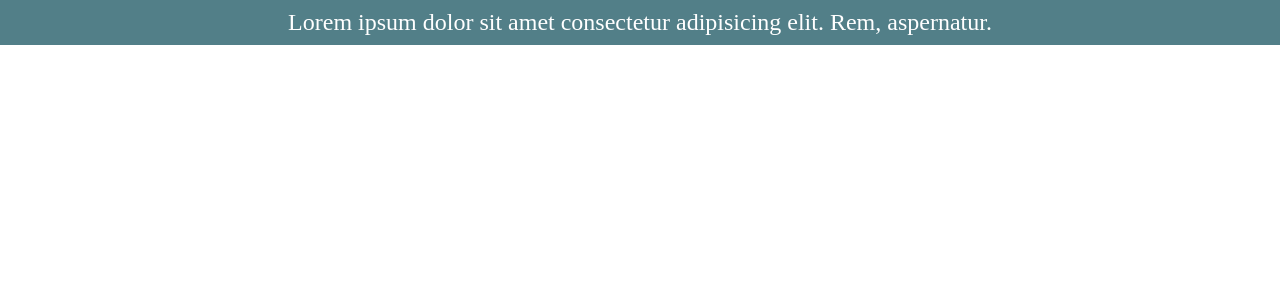
Repository: DaNiels89/frontendassignmentbogbootcamp
Page: index.html
These files come from the project's save history. The page is drawn as it stood at one moment and after the next save; the edit follows.
The browser window is 1280 px wide. The pictures show the whole page.

Above is the page before, as saved 2020-03-19 16:49:20.

### index.html
<!DOCTYPE html>
<html lang="en">
  <head>
    <meta charset="UTF-8" />
    <meta name="viewport" content="width=device-width, initial-scale=1.0" />
    <title>Front end Assignment - Carousel</title>
    <link rel="stylesheet" href="css/styles.css" />
  </head>
  <body>
    <div class="promotion-bar">
      Lorem ipsum dolor sit amet consectetur adipisicing elit. Rem, aspernatur.
    </div>
    <div class="nav"></div>
    <div class="carousel"></div>
  </body>
</html>

### css/styles.css
* {
  box-sizing: border-box;
  margin: 0;
  padding: 0;
}

.promotion-bar {
  background-color: rgb(82, 127, 136);
  color: white;
  font-size: 1.5rem;
  text-align: center;
  width: 100%;
  height: auto;
  padding: 9px;
}

After the next save:
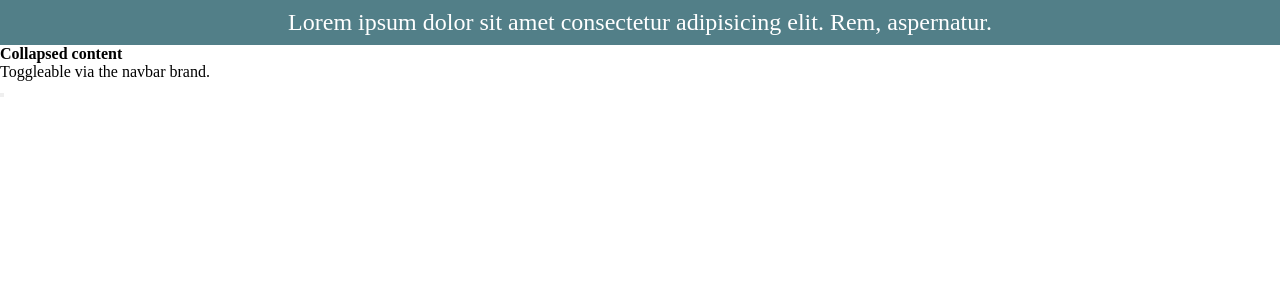
Saved 7 min 37 s later.
--- a/index.html
+++ b/index.html
@@ -10,7 +10,27 @@
     <div class="promotion-bar">
       Lorem ipsum dolor sit amet consectetur adipisicing elit. Rem, aspernatur.
     </div>
-    <div class="nav"></div>
+    <div class="pos-f-t">
+      <div class="collapse" id="navbarToggleExternalContent">
+        <div class="bg-dark p-4">
+          <h4 class="text-white">Collapsed content</h4>
+          <span class="text-muted">Toggleable via the navbar brand.</span>
+        </div>
+      </div>
+      <nav class="navbar navbar-dark bg-dark">
+        <button
+          class="navbar-toggler"
+          type="button"
+          data-toggle="collapse"
+          data-target="#navbarToggleExternalContent"
+          aria-controls="navbarToggleExternalContent"
+          aria-expanded="false"
+          aria-label="Toggle navigation"
+        >
+          <span class="navbar-toggler-icon"></span>
+        </button>
+      </nav>
+    </div>
     <div class="carousel"></div>
   </body>
 </html>
